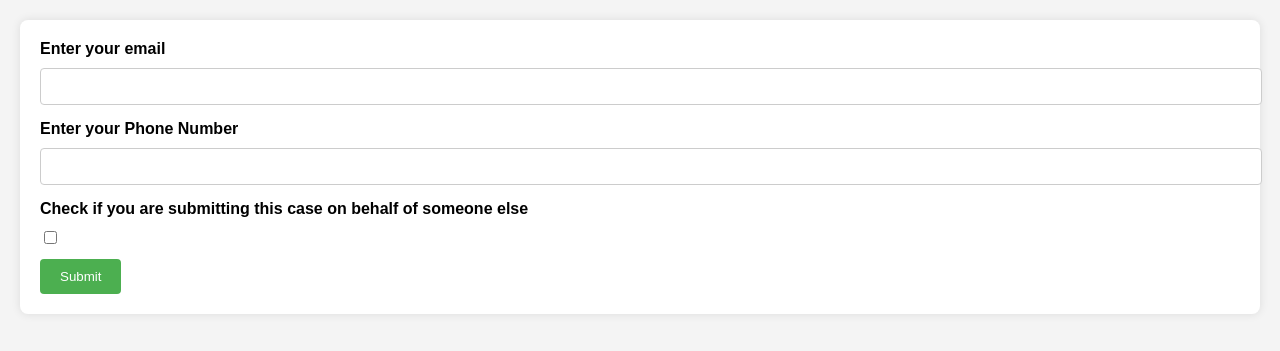
Repository: OmarAl-Saleh/Hospital-Emergency-System
Page: http://localhost/EmergencySystem/patient/sign-in.jsp
The author's editor kept a copy of each file at every save. The page is drawn from the files as they stood at one save, then again after the next save.
The browser window is 1280 px wide. The pictures show the whole page.
The page is served by Tomcat 9. Other server files are loaded and not shown.

Above is the page before, as saved 2024-05-22 10:38:10.

### EmergencySystem/EmergencySystem/src/main/webapp/patient/sign-in.jsp
<%@ page language="java" contentType="text/html; charset=ISO-8859-1"
    pageEncoding="ISO-8859-1"%>
<!DOCTYPE html>
<html>
<head>
<meta charset="ISO-8859-1">
<title>Patient sign in page</title>
<style>
    body {
        font-family: Arial, sans-serif;
        background-color: #f4f4f4;
        margin: 0;
        padding: 20px;
    }

    form {
        background-color: white;
        padding: 20px;
        border-radius: 8px;
        box-shadow: 0 0 10px rgba(0, 0, 0, 0.1);
    }

    label {
        display: block;
        margin-bottom: 10px;
        font-weight: bold;
    }

    input[type="text"], input[type="email"], input[type="tel"] {
        width: 100%;
        padding: 10px;
        margin-bottom: 15px;
        border: 1px solid #ccc;
        border-radius: 4px;
    }

    input[type="checkbox"] {
        margin-bottom: 15px;
    }

    input[type="submit"] {
        background-color: #4CAF50;
        color: white;
        border: none;
        padding: 10px 20px;
        cursor: pointer;
        border-radius: 4px;
    }

    input[type="submit"]:hover {
        background-color: #45a049;
    }

    .hidden-section {
        display: none;
    }
</style>
<script>
    function togglePatientInfo() {
        var checkbox = document.querySelector('input[name="sub_patient"]');
        var patientInfoDiv = document.getElementById('patient-info');
        patientInfoDiv.style.display = checkbox.checked ? 'block' : 'none';
    }

    window.onload = function() {
        var checkbox = document.querySelector('input[name="sub_patient"]');
        checkbox.addEventListener('change', togglePatientInfo);
        togglePatientInfo(); // Initial check to set the correct state on page load
    }
</script>
</head>
<body>
<form action="patient" method="get">
    <input type="hidden" name="source" value="sign-in"/>
    <label>Enter your email</label>
    <input type="email" name="email" required/>
    <br>
    <label>Enter your Phone Number</label>
    <input type="tel" name="phoneNumber" required/>
    <br>
    <label>Check if you are submitting this case on behalf of someone else</label>
    <input type="checkbox" name="sub_patient" />
    <div id="patient-info" class="hidden-section">
        <br>
        <label>Enter Patient Name</label>
        <input type="text" name="sub_patient_name"/>
        <br>
        <label>Enter Patient Relation</label>
        <input type="text" name="sub_patient_relation"/>
    </div>
    <br>
    <input type="submit" value="Submit" />
</form>
</body>
</html>

After the next save:
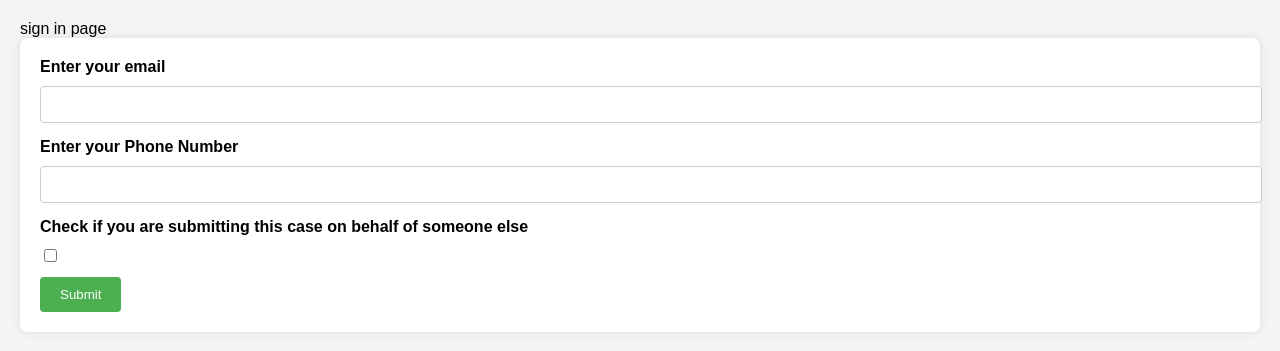
Saved 4 s later.
--- a/EmergencySystem/EmergencySystem/src/main/webapp/patient/sign-in.jsp
+++ b/EmergencySystem/EmergencySystem/src/main/webapp/patient/sign-in.jsp
@@ -68,7 +68,7 @@
         togglePatientInfo(); // Initial check to set the correct state on page load
     }
 </script>
-</head>
+<head>sign in page</head>
 <body>
 <form action="patient" method="get">
     <input type="hidden" name="source" value="sign-in"/>
